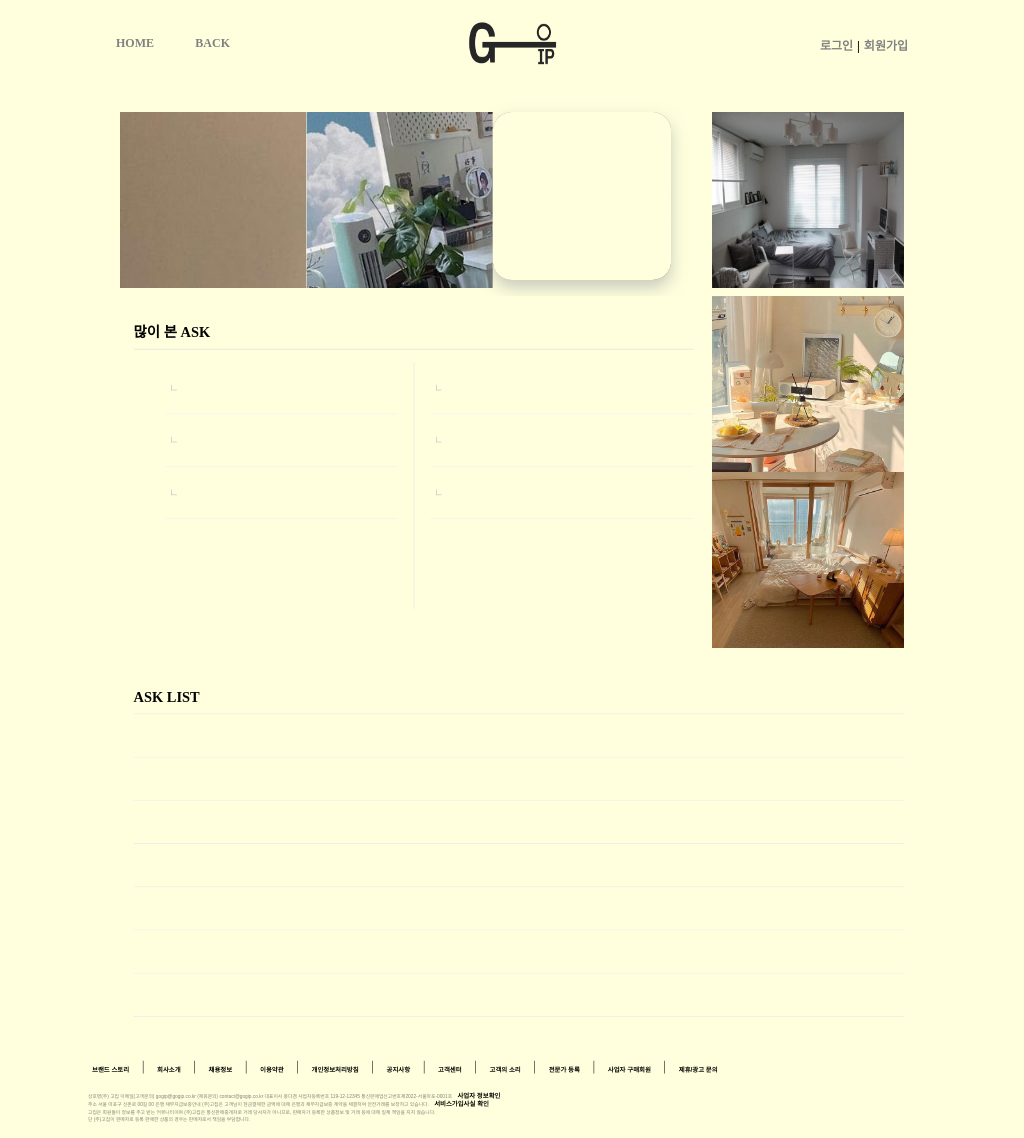
Repository: pauljerricho/MES
Page: http://localhost/SpringBoard/WEB-INF/views/ask.jsp
An editor plug-in stored every save of this project. The page is shown before and after the next save, followed by the edit.
The browser window is 1280 px wide. The pictures show the whole page, at 80% of full size.
Some web libraries are served in a nearby version. The page is served by Tomcat 9. Nobody is signed in. Other server files are loaded and not shown. The template is opened directly, without the code that normally fills it, so the values that code supplies are empty.

Above is the page before, as saved 2022-03-13 13:56:01.

### gozip/SpringBoard/src/main/webapp/WEB-INF/views/ask.jsp
<%@ page language="java" contentType="text/html; charset=UTF-8"
	pageEncoding="UTF-8"%>
<!DOCTYPE html>
<html>
<head>
<meta charset="UTF-8">
<title>의뢰하기</title>
<!-- CSS -->
<script src="https://ajax.googleapis.com/ajax/libs/jquery/3.1.1/jquery.min.js"></script>
  <%@ taglib prefix="c" uri="http://java.sun.com/jsp/jstl/core"%>
  <%@ taglib prefix="fn" uri="http://java.sun.com/jsp/jstl/functions"%>
<style type="text/css">
#wrap {
	margin-top: 50px;
	position: relative;
	min-width: 980px;
}

div {
	display: block;
}

.wrap_home {
	padding: 18px o;
}

h4 {
	display: block;
	margin-block-start: 1.33em;
	margin-block-end: 1.33em;
	margin-inline-start: 0px;
	margin-inline-end: 0px;
	font-weight: bold;
}

/*best_ask 부분*/
.container_wrap {
	width: 980px;
	margin: 0 auto;
}

.wrap_home .section_spot {
	position: relative;
	height: 220px;
}

.wrap_home .section_spot:after {
	display: table;
	clear: both;
	content: '';
}

.wrap_home .section_spot .best_ask_wrap {
	float: left;
	width: 700px;
}

.wrap_home .best {
	float: left;
	position: relative;
	width: 33.3%;
	height: 220px;
	overflow: visible;
}

.wrap_home .section_spot .best_ask_wrap {
	float: left;
	width: 700px;
}

.wrap_home .best_background {
	position: absolute;
	bottom: 0;
	left: 0;
	right: 0;
	overflow: hidden;
	max-height: 100%;
	line-height: 0;
}

.wrap_home .best.expert .best_background {
	background-repeat: no-repeat;
	background-position: bottom right;
	background-size: auto 158px;
	opacity: 1;
}

.wrap_home .best_link img {
	max-width: 100%;
	visibility: hidden;
}

.wrap_home .best_link {
	position: relative;
	display: block;
	height: 210px;
	margin-right: 10px;
	text-decoration: none;
	cursor: pointer;
	border-radius: 24px;
	overflow: hidden;
	box-shadow: 0 10px 20px 0 rgb(150 153 159/ 50%);
}

.wrap_home .best_link .description {
	display: -webkit-box;
	max-height: 72px;
	overflow: hidden;
	margin-top: 13px;
	font-size: 18px;
	line-height: 24px;
	color: #fff;
	text-shadow: 0 1px 0 rgb(0 0 0/ 20%);
	font-weight: 300;
	word-wrap: break-word;
	-webkit-line-clamp: 3;
	-webkit-box-orient: vertical;
	text-overflow: ellipsis;
}

.wrap_home .side_right {
	float: right;
	position: relative;
	width: 240px;
	background-color: black;
	margin: 0 0;
}

.wrap_home .side li {
	position: relative;
	height: 210px;
}

.wrap_home .side li a {
	position: relative;
	display: block;
	width: 230px;
	height: 220px;
}

/*section_ask 부분*/
.section_ask {
	overflow: hidden;
	margin-top: 10px;
}

.wrap_home .stats_ranking_area {
	margin: 0 10px 0 0;
	padding: 14px 24px 0;
}

.wrap_home .container_content_left {
	width: 700px;
}

.container_content_left {
	position: relative;
	float: left;
	padding: 0 0 50px 17px;
}

.section_headings {
	margin-top: 30px;
}

.section_head {
	position: relative;
	border-bottom: 1px solid #e5e5e5;
}

.section_head_title {
	font-size: 18px;
	margin-bottom: 10px;
}

.ranking_section .ranking_list_area::after {
	display: block;
	clear: both;
	content: '';
}

.ranking_section .ranking_list {
	box-sizing: border-box;
	float: left;
	width: 50%;
	height: 308px;
	padding-right: 20px;
}

.ranking_list {
	display: block;
	list-style-type: disc;
	margin-block-start: 1em;
	margin-block-end: 1em;
	margin-inline-start: 0px;
	margin-inline-end: 0px;
	padding-inline-start: 40px;
}

ul, li {
	list-style: none;
}

a {
	color: #000;
	text-decoration: none;
	font-style: none;
}

.ranking_section .ranking_item {
	position: relative;
	margin-top: 14px;
	padding: 4px 4px 16px 18px;
	border-bottom: 1px solid #f2f2f2;
	background: 0;
	font-size: 12px;
	line-height: 1.6;
	letter-spacing: -0.5px;
}

.ranking_section .ranking_item .no {
	position: absolute;
	top: 3px;
	left: 1px;
	width: 7px;
	text-align: center;
	font-size: 15px;
	font-family: Helvetica;
	font-weight: bold;
	color: blue;
}

.ranking_section .ranking_item .ranking_title {
	display: block;
	overflow: hidden;
	margin-bottom: 4px;
	font-weight: bold;
	font-size: 15px;
	color: #000;
	text-overflow: ellipsis;
	white-space: nowrap;
}

.ranking_section .ranking_item .ranking_text {
	display: block;
	overflow: hidden;
	position: relative;
	margin: 0 0 4px -18px;
	color: #555;
	text-overflow: ellipsis;
	white-space: nowrap;
	font-size: 14px;
}

.ranking_section .ranking_item .ranking_text:before {
	content: '';
	display: inline-block;
	width: 6px;
	height: 6px;
	border: 1px solid #ccc;
	border-width: 0 0 1px 1px;
	margin: 0 9px 0 2px;
	vertical-align: 2px;
}

.ranking_section .ranking_list+.ranking_list {
	border-left: 1px solid #e8e8e8;
	padding: 0 0 0 20px;
}

/*aside_right 부분*/
.wrap_home .container_content_right {
	width: 240px;
}

.container_content_right {
	position: relative;
	float: right;
}

.wrap_home .side li {
	background-color: black;
	margin-bottom: 10px;
}


/*section_ask2 부분*/
.section_ask2 {
	overflow: hidden;
	margin-top: 10px;
}

.wrap_home .stats_area2 {
	width: 980px;
	float: left;
	padding: 0 0 50px 17px;
}

.section_dhead {
	position: relative;
	border-bottom: 1px solid #e5e5e5;
}

.section_dhead_title {
	font-size: 18px;
	margin-bottom: 10px;
}

.board_section {
	display: block;
}

.ask_box {
	position: relative;
	padding: 19px 0 24px;
	border-bottom: 1px solid #ededed;
	zoom: 1;
}
.ask_box .tit_wrap {
    overflow: hidden;
    font-size: 15px;
    font-weight: 600;
    line-height: 22px;
    color: #000;
}
.ask_box .tit_wrap a{
	display: block;
	width: 100%;
	color: #000;
	}
.ask_box .ask_tit  {
    display: block;
    width: 100%;
    color: #000;
}

.ask_box .ask_text  {
    overflow: hidden;
    max-height: 56px;
	margin-top: 10px;
	font-size: 14px;
	line-height: 18px;
	font-weight: normal;
	color: #8c8c8c;
    }
</style>
</head>
<body>
	<header>
		<%@include file="/WEB-INF/views/head.jsp"%>
	</header>
	<div id="wrap" class="wrap_home">
		<div id="container">
			<div class="container_wrap">
				<div class="section_spot">
					<div class="best_ask_wrap">
						<div class="best ask1">
								<div class="best_background">
									<img src="/img/board60.jpg">
								</div>
								<p class="description">${requestScope.list[0].a_title}</p> <!-- description 영역 -->
							</a>
						</div>
						<!-- best_ask1 영역 -->
						<div class="best ask2">
								<div class="best_background">
									<img src="/img/cont02.jpg">
								</div>
								<p class="description">질문02</p> <!-- description 영역 -->
							</a>
						</div>
						<!-- best_ask2 영역 -->
						<div class="best ask3">
							<a class="best_link" style="background-image:url('/img/cont03.jpg');background-size:cover; background-repeat: no-repeat;" href="">
								<div class="best_background">
									<img src="/img/cont03.jpg">
								</div>
								<p class="description">질문03</p> <!-- description 영역 -->
							</a>
						</div>
						<!-- best_ask3 영역 -->
					</div>
					<!-- best_ask_wrap 영역 -->
					<div class="side_right">
						<ul class="side content01">
							<li class="scont1">
							<a href="" style="background-image:url('/img/cont04.jpg');background-size:cover; background-repeat: no-repeat;" >
							</a>
							</li>
						</ul>
					</div>
					<!-- side_right 영역 -->
				</div>
				<!-- .section_spot 영역 -->
				<div class="section_ask">
					<div class="container_content_left">
						<div class="stats_area">
							<div class="section_head section_headings">
								<h4 class="section_head_title">많이 본 ASK</h4>
							</div>
							<!-- section_head 영역 -->
						</div>
						<!-- section_head 영역 -->
						<div class="ranking_section">
							<div class="ranking_list_area">
								<ul class="ranking_list">
									<li class="ranking_item _item1"><span class="no">1</span>
										<a href="answer.do" class="ranking_title">${requestScope.list[0].a_title}</a> <a href=""
										class="ranking_text text">${requestScope.list[0].a_content}</a></li>
									<!-- ranking_item_item1 -->
									<li class="ranking_item _item2"><span class="no">2</span>
										<a href="" class="ranking_title">${requestScope.list[1].a_title}</a> <a href=""
										class="ranking_text">${requestScope.list[1].a_content}</a></li>
									<!-- ranking_item_item2 -->
									<li class="ranking_item _item3"><span class="no">3</span>
										<a href="" class="ranking_title">${requestScope.list[2].a_title}</a> <a href=""
										class="ranking_text">${requestScope.list[2].a_content}</a></li>
									<!-- ranking_item_item3 -->
								</ul>
								<ul class="ranking_list">
									<li class="ranking_item _item4"><span class="no">4</span>
										<a href="" class="ranking_title">${requestScope.list[3].a_title}</a> <a href=""
										class="ranking_text">${requestScope.list[3].a_content}</a></li>
									<!-- ranking_item_item4 -->
									<li class="ranking_item _item5"><span class="no">5</span>
										<a href="" class="ranking_title">${requestScope.list[4].a_title}</a> <a href=""
										class="ranking_text">${requestScope.list[4].a_content}</a></li>
									<!-- ranking_item_item5 -->
									<li class="ranking_item _item6"><span class="no">6</span>
										<a href="" class="ranking_title">${requestScope.list[5].a_title}</a> <a href=""
										class="ranking_text">${requestScope.list[5].a_content}</a></li>
									<!-- ranking_item_item6 -->
								</ul>
							</div>
							<!-- ranking_list_area 영역 -->
						</div>
						<!-- ranking_seciont 영역 -->
					</div>
					<!-- container_content_left 영역 -->
					<div class="container_content_right">
						<div id="aside_content" class="aside1">
							<ul class="side content02">
								<li class="scont1">
							<a href="" style="background-image:url('/img/cont05.jpg');background-size:cover; background-repeat: no-repeat;" >
							</a>
							<li class="scont1">
							<a href="" style="background-image:url('/img/cont06.jpg');background-size:cover; background-repeat: no-repeat;" >
							</a>
							</li>
						</div>
						<!-- aside_content02 영역 -->
					</div>
					<!-- container_content_right 영역 -->
				</div>
				<!--section_ask 영역  -->
				<div class="section_ask2">
					<div class="stats_area2">
						<div class="section_dhead section_dheadings">
							<h4 class="section_dhead_title">ASK LIST</h4>
							<!-- section_dhead_title 영역 -->
						</div>
						<!-- section_dhead 영역 -->
						<div class="board_section">
							<div class="ask_box">
								<div class="tit_wrap">
									<a href="" class="atit">
										<span classs="ask_tit">${requestScope.list[0].a_title}</span>
										<p class="ask_text">${requestScope.list[0].a_content}</p>
									</a>
								</div>
								<!-- tit_wrap 영역 -->
							</div>
							<!-- ask_box 01 영역 -->
							<div class="ask_box">
								<div class="tit_wrap">
									<a href="" class="atit">
										<span classs="ask_tit">${requestScope.list[1].a_title}</span>
										<p class="ask_text">${requestScope.list[1].a_content}</p>
									</a>
								</div>
								<!-- tit_wrap 영역 -->
							</div>
							<!-- ask_box 02 영역 -->
							<div class="ask_box">
								<div class="tit_wrap">
									<a href="" class="atit">
										<span classs="ask_tit">${requestScope.list[2].a_title}</span>
										<p class="ask_text">${requestScope.list[2].a_content}</p>
									</a>
								</div>
								<!-- tit_wrap 영역 -->
							</div>
							<!-- ask_box 03 영역 -->
							<div class="ask_box">
								<div class="tit_wrap">
									<a href="" class="atit">
										<span classs="ask_tit">${requestScope.list[3].a_title}</span>
										<p class="ask_text">${requestScope.list[3].a_content}</p>
									</a>
								</div>
								<!-- tit_wrap 영역 -->
							</div>
							<!-- ask_box 04 영역-->
							<div class="ask_box">
								<div class="tit_wrap">
									<a href="" class="atit">
										<span classs="ask_tit">${requestScope.list[4].a_title}</span>
										<p class="ask_text">${requestScope.list[4].a_content}</p>
									</a>
								</div>
								<!-- tit_wrap 영역 -->
							</div>
							<!-- ask_box 05 영역 -->
							<div class="ask_box">
								<div class="tit_wrap">
									<a href="" class="atit">
										<span classs="ask_tit">${requestScope.list[5].a_title}</span>
										<p class="ask_text">${requestScope.list[5].a_content}</p>
									</a>
								</div>
								<!-- tit_wrap 영역 -->
							</div>
							<!-- ask_box 06 영역 -->
							<div class="ask_box">
								<div class="tit_wrap">
									<a href="" class="atit">
										<span classs="ask_tit">${requestScope.list[6].a_title}</span>
										<p class="ask_text">${requestScope.list[6].a_content}</p>
									</a>
								</div>
								<!-- tit_wrap 영역 -->
							</div>
							<!-- ask_box 07 영역 -->
						</div>
						<!-- board_section 영역 -->
					</div>
					<!-- stats_area 영역 -->
				</div>
				<!-- section_ask2 영역 -->
			</div>
			<!-- .container_wrap 영역 -->
		</div>
		<!-- #container 영역 -->
	</div>
	<!-- #wrap -->
<footer>
        <%@include file="/WEB-INF/views/foot.jsp" %>
</footer>
</body>
</html>

### gozip/SpringBoard/src/main/webapp/WEB-INF/views/head.jsp
<%@ page language="java" contentType="text/html; charset=UTF-8"
	pageEncoding="UTF-8"%>
<!DOCTYPE html>
<html>
<head>
<meta charset="UTF-8">
<title>Insert title here</title>
<script
	src="https://ajax.googleapis.com/ajax/libs/jquery/3.6.0/jquery.min.js"></script>
	<%@ taglib prefix="c" uri="http://java.sun.com/jsp/jstl/core"%>
<style>
* {
	margin: 0px;
	padding: 0px;
	background: #ffffdd;
}

header {
	margin: 0px auto;
	margin-top: 10px;
	width: 1000px;
	display: flex;
	flex-direction: row;
	box-sizing: border-box;
	font-weight: bold;
	color: black;
}

#btn {
	width: 100px;
	margin-top: 25px;
}

#img {
	width: 600px;
	height: 70px;
	text-align: center;
}

#img>img {
	width: 120px;
	height: 70px;
}

#member {
	width: 200px;
	margin-top: 25px;
	text-align: right;
}

a {
	text-decoration: none;
	font-size: 15px;
	color: gray;
	padding: 0px 5px 0px 5px;
}
</style>

</head>
<body>
	<header>
		<div id="btn">
			<a href="/">HOME</a>
		</div>
		<div id="btn">
			<a href="#" onClick="history.back()">BACK</a>
		</div>
		<p>&nbsp;</p>
		<div id="img">
			<img src="/img/final_logo.png" onclick="location.href='boardreset.do'">
		</div>

		<p>&nbsp;</p>
		<div id="member">
			<c:if test="${empty sessionScope.member.id}">
			<a href="log.do">로그인</a>|<a href="register.do">회원가입</a></c:if>
			<c:if test="${not empty sessionScope.member.id}">
			<a href="logout.do">로그아웃</a></c:if>
		</div>
	</header>
</body>
</html>

### gozip/SpringBoard/src/main/webapp/WEB-INF/views/foot.jsp
<%@ page language="java" contentType="text/html; charset=UTF-8"
   pageEncoding="UTF-8"%>
<!DOCTYPE html>
<html>
<head>
<meta charset="UTF-8">
<title>Insert title here</title>
<style>
footer {
   margin-left:55px;
   margin-bottom: 10px;
   width: 1000px;
   display: flex;
   flex-direction: column;
   box-sizing: border-box;
   font-family: 'Do Hyeon', sans-serif;
}

footer a {
   text-decoration: none;
   color: black;
   font-weight: bold;
   font-size: 8px;
   text-align: left;
}

footer .notice {
   color: gray;
   font-size: 6px;
   text-align: left;
}

</style>
</head>
<body>
<footer>
   <div class="menu">
      <a href="https://www.naver.com">브랜드 스토리</a>&nbsp;｜ <a
         href="https://www.google.com">회사소개</a>&nbsp;｜ <a href="">채용정보</a>&nbsp;｜
      <a href="">이용약관</a>&nbsp;｜ <a href="">개인정보처리방침</a>&nbsp;｜ <a href="">공지사항</a>&nbsp;｜
      <a href="">고객센터</a>&nbsp;｜ <a href="">고객의 소리</a>&nbsp;｜ <a href="">전문가
         등록</a>&nbsp;｜ <a href="">사업자 구매회원</a>&nbsp;｜ <a href="">제휴/광고 문의</a>&nbsp;
   </div>
   <br>
   <div class="notice">
      <p>
         상호명(주) 고집 이메일(고객문의) gogip@gogip.co.kr (제휴문의) contact@gogip.co.kr 대표이사
         봉다겸 사업자등록번호 119-12-12345 통신판매업신고번호제2022-서울마포-0001호 <a href="">사업자
            정보확인</a>
      </p>
      <p>
         주소 서울 마포구 신촌로 00길 00 은행 채무지급보증안내 (주)고집은 고객님이 현금결제한 금액에 대해 은행과 채무지급보증
         계약을 체결하여 안전거래를 보장하고 있습니다. <a href="">서비스가입사실 확인</a>
      </p>
      <p>고집은 회원들이 정보를 주고 받는 커뮤니티이며 (주)고집은 통신판매중개자로 거래 당사자가 아니므로,
         판매자가 등록한 상품정보 및 거래 등에 대해 일체 책임을 지지 않습니다.</p>
      <p>단 (주)고집이 판매자로 등록 판매한 상품의 경우는 판매자로서 책임을 부담합니다.</p>
   </div>
   </footer>
</body>
</html>

After the next save:
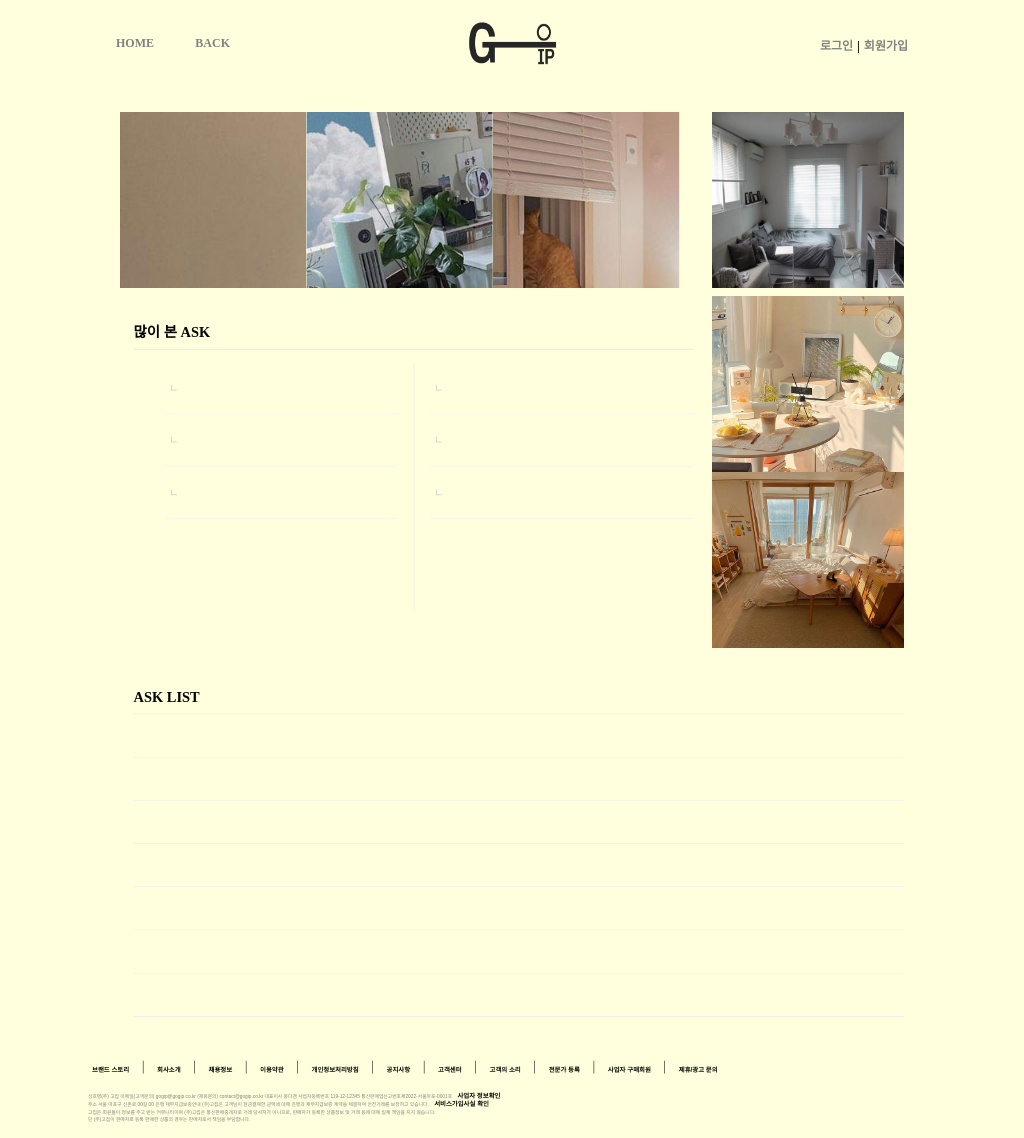
Saved 8 s later.
--- a/gozip/SpringBoard/src/main/webapp/WEB-INF/views/ask.jsp
+++ b/gozip/SpringBoard/src/main/webapp/WEB-INF/views/ask.jsp
@@ -371,7 +371,6 @@ a {
 						</div>
 						<!-- best_ask2 영역 -->
 						<div class="best ask3">
-							<a class="best_link" style="background-image:url('/img/cont03.jpg');background-size:cover; background-repeat: no-repeat;" href="">
 								<div class="best_background">
 									<img src="/img/cont03.jpg">
 								</div>
